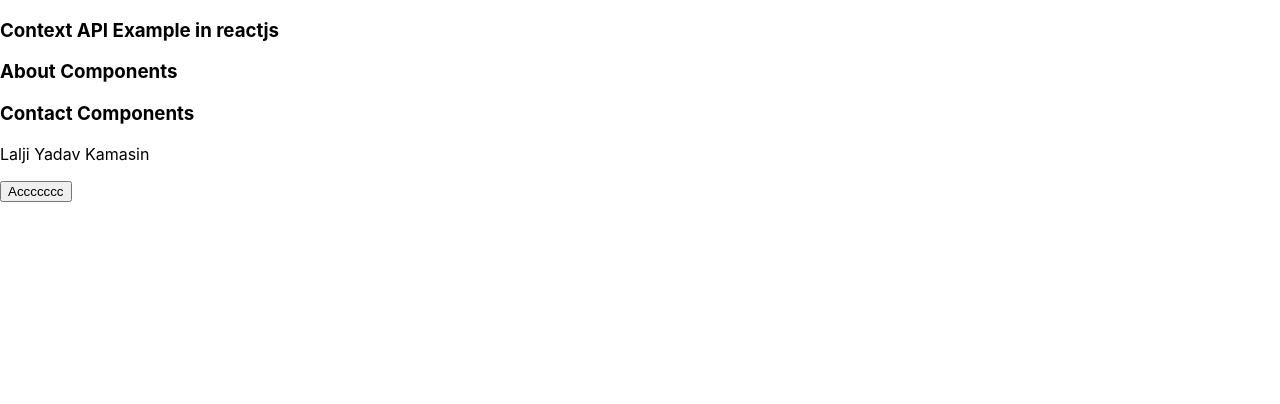
Repository: lalji-yadav/React-Context-API
Page: /
An editor plug-in stored every save of this project. The page is shown before and after the next save, followed by the edit.
The browser window is 1280 px wide. The pictures show the whole page.
The project was rebuilt for these pictures with package versions that can differ from the ones it lists, and the page was loaded fresh each time. Also part of the build but not shown: src/App.css.

Above is the page before, as saved 2021-02-11 12:51:41.

### src/App.js
import  React,{ useState } from 'react';
import './App.css';
import A from "./components/A";
import B from "./components/B";
import Home from "./context/home";


export const ThemeContext = React.createContext()

function App() {

  const [data, setData] = useState({
    name: "Lalji Yadav Kamasin",
    mob:"8726650277",
    email:'lalji@gmail.com'
  })

 const changeStates=()=> {
    setData({
      name:"Change value Name Lalji to Anubhav Kumar yadav",
      mob:"1234567890",
      email:'12lalji@gmail.com'
    })
  }
  const contextValues = {
    data: data,
    changeStates: changeStates
  }

  return (
    <div>
      <h3> Context API Example in reactjs  </h3>
      {/* <p> {data.name} </p>
      <p onClick={()=>setData({name: "Anubhav"})} >{data.name}</p>

      <A name="Yadav"/>

      <ThemeContext.Provider value="dark">
        <B />
      </ThemeContext.Provider> */}

      <ThemeContext.Provider value={contextValues}>
        <Home />
      </ThemeContext.Provider>



    </div>
  );
}

export default App;

### src/context/home.js
import React, { Component } from 'react';
import About from "./about";


 export const MyContext = React.createContext()

class Home extends Component {

    // constructor() {
    //     super();
    //    this.state={
    //         name:"Lalji Yadav Kamasin"
    //       }
    // }
    state={
        name:"Lalji Yadav Kamasin",
        mob:"1212",
        email:'58418694'
      }

    render() {
        return (
            <div>
               <MyContext.Provider name={this.state}>
                   <About />
                </MyContext.Provider>

            </div>
        );
    }
}

export default Home;

### src/context/about.js
import React, { Component } from 'react';
import Contact from "./contact";

class About extends Component {
    render() {
        return (
            <div>
                <h3> About Components </h3>
                <Contact />
            </div>
        );
    }
}

export default About;

### src/context/contact.js
import React, { Component } from 'react';
import { ThemeContext } from "../App";

class Contact extends Component {
    render() {
        return (
            <div>
                <h3> Contact Components </h3>
                <ThemeContext.Consumer>
                    {
                    ({data, changeStates})=>(
                        <div>
                           <p>{data.name}</p>
                           <button onClick={changeStates}> Accccccc </button>
                        </div>
                    )}
                </ThemeContext.Consumer>
            </div>
        );
    }
}

export default Contact;

### src/components/A.js
import React from 'react';
import B from "./B";

const A = (props) => {
    console.log(props)
    return (
        <div>
             <h3> Components A </h3>
              <p>{props.name}</p>
             <B nam={props.name} />
        </div>
    );
};

export default A;

### src/components/B.js
import React from 'react';
import C from "./C";

const B = () => {

    return (
        <div>
             <h3> Components B </h3>
             <C />
        </div>
    );
};

export default B;

### src/components/C.js
import React from 'react';

const C = (props) => {

    console.group(props)
    return (
        <div>
             <h3> Components C </h3>
             <h1>{props.nam}</h1>
        </div>
    );
};

export default C;

Loaded but not shown: public/index.html (common file); src/index.js (common file); src/index.css (common file); src/reportWebVitals.js (common file)

After the next save:
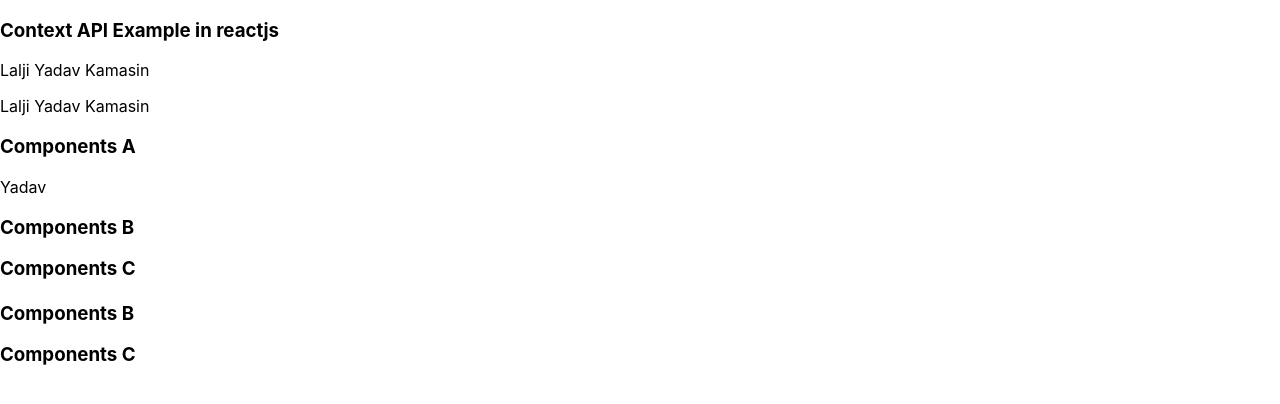
Saved 50 s later.
--- a/src/App.js
+++ b/src/App.js
@@ -30,21 +30,18 @@ function App() {
   return (
     <div>
       <h3> Context API Example in reactjs  </h3>
-      {/* <p> {data.name} </p>
+      <p> {data.name} </p>
       <p onClick={()=>setData({name: "Anubhav"})} >{data.name}</p>
 
       <A name="Yadav"/>
 
       <ThemeContext.Provider value="dark">
         <B />
-      </ThemeContext.Provider> */}
-
-      <ThemeContext.Provider value={contextValues}>
-        <Home />
       </ThemeContext.Provider>
 
-
-
+      {/* <ThemeContext.Provider value={contextValues}>
+        <Home />
+      </ThemeContext.Provider> */}
     </div>
   );
 }
